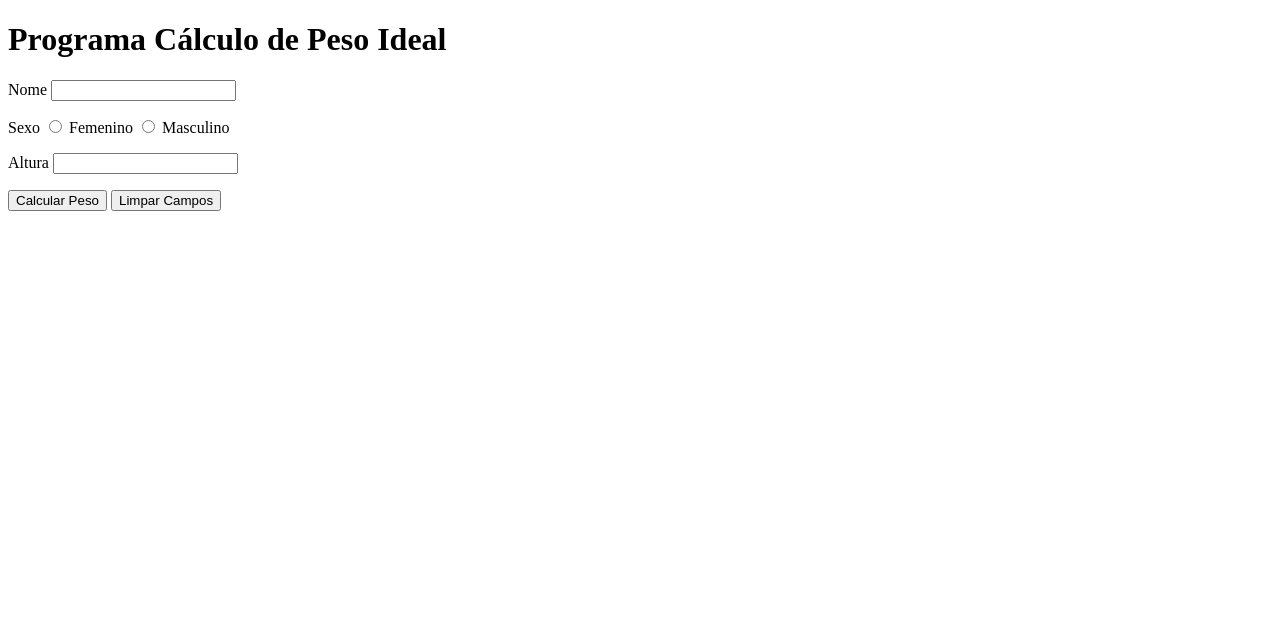
Repository: JhonMercedes/Javascript-book
Page: cap3/ex3_2.html
An editor plug-in stored every save of this project. The page is shown before and after the next save, followed by the edit.
The browser window is 1280 px wide. The pictures show the whole page.

Above is the page before, as saved 2021-12-11 23:30:55.

### cap3/ex3_2.html
<!DOCTYPE html>
<html lang="en">
<head>
    <meta charset="UTF-8">
    <meta http-equiv="X-UA-Compatible" content="IE=edge">
    <meta name="viewport" content="width=device-width, initial-scale=1.0">
    <link rel="stylesheet" href="./css/style.css">
    <title>Exemplo 3.2</title>
</head>
<body>

    <h1>Programa Cálculo de Peso Ideal</h1>
    <p>Nome
        <input type="text" id="inNome">
    </p>
    <p>Sexo
        <input type="radio" name="sexo" id="inFem" > Femenino
        <input type="radio" name="sexo" id="inMasc"> Masculino
    </p>
    <p>Altura
        <input type="text" id="inAltura">
    </p>

    <input type="button" value="Calcular Peso" id="btCalcularPeso">
    <input type="button" value="Limpar Campos" id="btLimpar">

    <h3 id="outResultado"></h3>

    <script src="./js/ex3_2.js"></script>
</body>
</html>

Loaded but not shown: cap3/css/style.css (no stored copy; drawn as an empty file); cap3/js/ex3_2.js (no stored copy; drawn as an empty file)

After the next save:
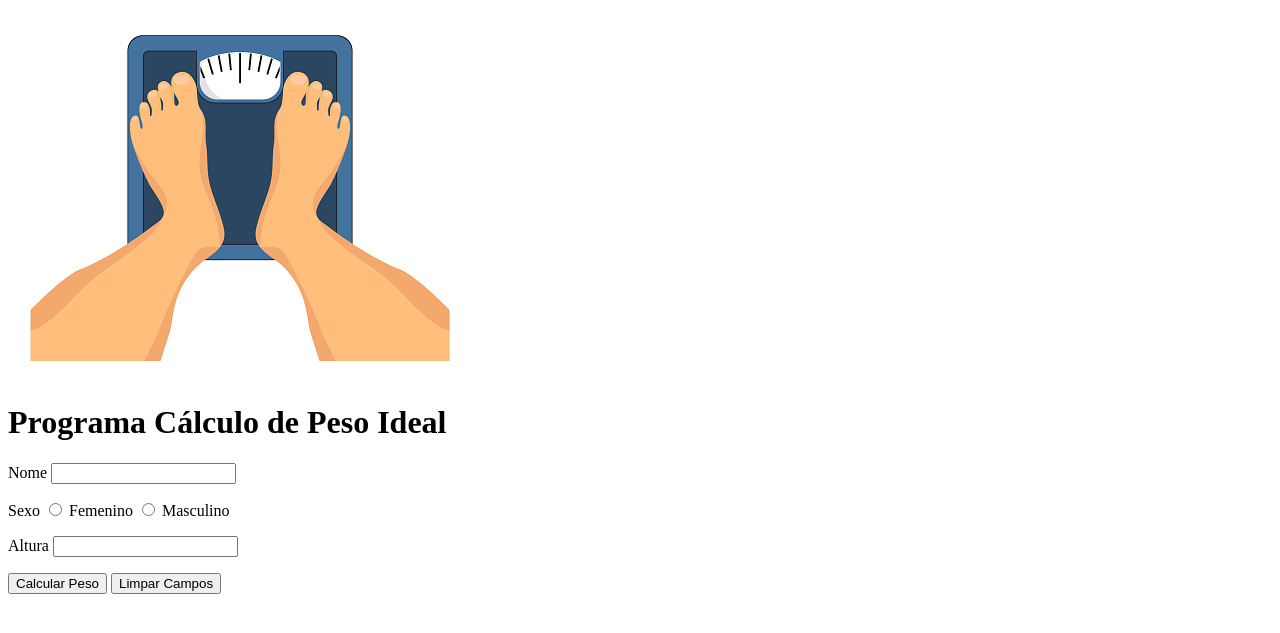
Saved 38 s later.
--- a/cap3/ex3_2.html
+++ b/cap3/ex3_2.html
@@ -8,6 +8,8 @@
     <title>Exemplo 3.2</title>
 </head>
 <body>
+
+    <img src="./img/balanca.jpg" alt="balanca png">
 
     <h1>Programa Cálculo de Peso Ideal</h1>
     <p>Nome
